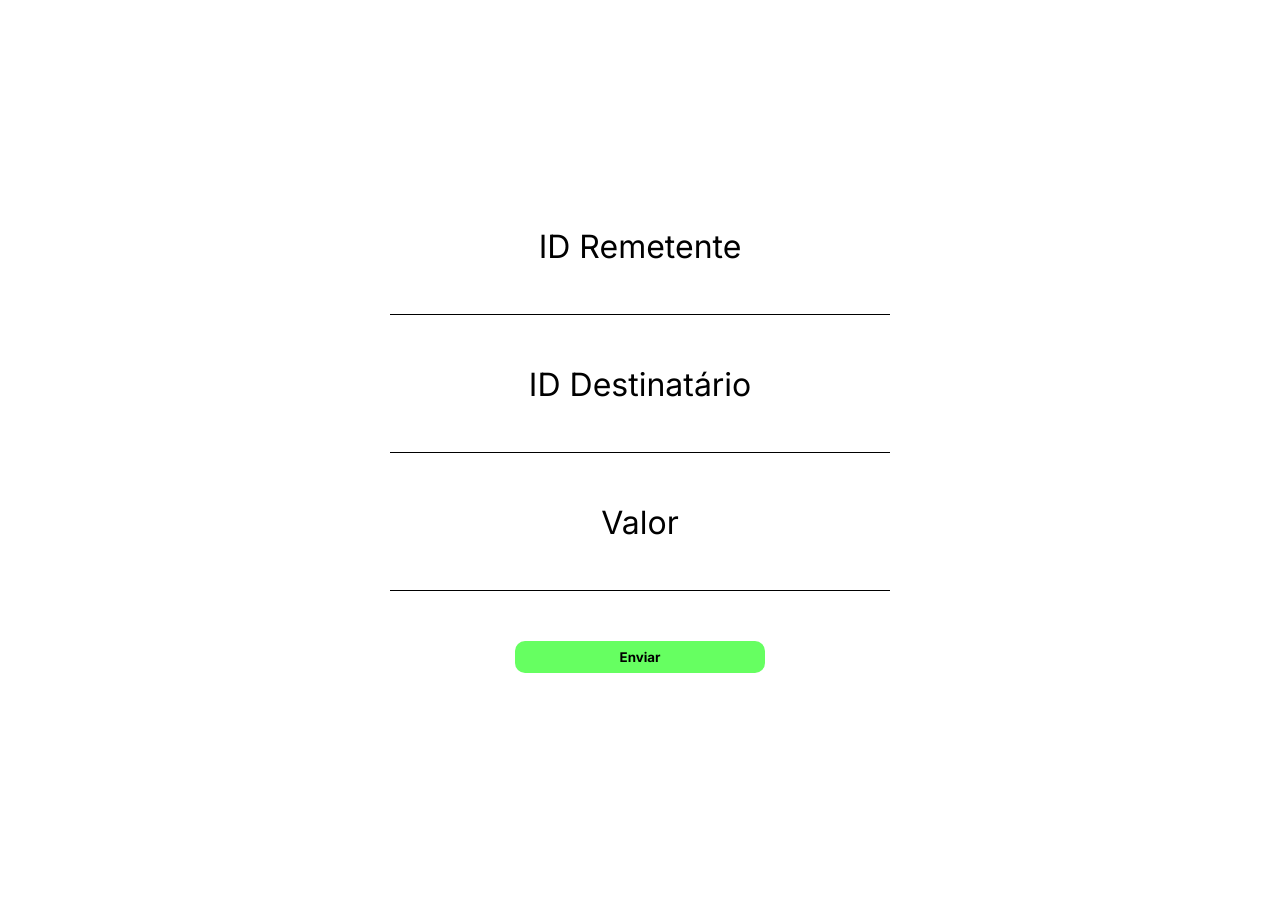
Repository: mateusilva8/tarefa-pix
Page: frontend/pix.html
These files come from the project's save history. The page is drawn as it stood at one moment and after the next save; the edit follows.
The browser window is 1280 px wide. The pictures show the whole page.

Above is the page before, as saved 2023-10-22 14:18:52.

### frontend/pix.html
<!DOCTYPE html>
<html lang="pt-BR">
<head>
  <meta charset="UTF-8">
  <meta name="viewport" content="width=device-width, initial-scale=1.0">
  <title>PIX</title>
  <link rel="preconnect" href="https://fonts.googleapis.com">
  <link rel="preconnect" href="https://fonts.gstatic.com" crossorigin>
  <link href="https://fonts.googleapis.com/css2?family=Inter:wght@400;700&display=swap" rel="stylesheet">
  <link rel="stylesheet" href="./css/pix.css">
</head>
<body>
    <div class="container">
        <div class="formulario">
            <form id="form">
                <div class="mb-3">
                  <label for="idRemetente" class="form-label">ID Remetente</label>
                  <input type="number" class="form-control" id="idRemetente">
                </div>
                <div class="mb-3">
                  <label for="idDestinatario" class="form-label">ID Destinatário</label>
                  <input type="number" class="form-control" id="idDestinatario">
                </div>
                <div class="mb-3">
                  <label for="valor" class="form-label">Valor</label>
                  <input type="number" class="form-control" id="valor">
                </div>
                <button type="button" class="btn" id="botaoEnviar">Enviar</button>
              </form>
        </div>
    </div>



  <script src="https://code.jquery.com/jquery-3.3.1.slim.min.js" integrity="sha384-q8i/X+965DzO0rT7abK41JStQIAqVgRVzpbzo5smXKp4YfRvH+8abtTE1Pi6jizo" crossorigin="anonymous"></script>
  <script src="https://cdnjs.cloudflare.com/ajax/libs/popper.js/1.14.3/umd/popper.min.js" integrity="sha384-ZMP7rVo3mIykV+2+9J3UJ46jBk0WLaUAdn689aCwoqbBJiSnjAK/l8WvCWPIPm49" crossorigin="anonymous"></script>
  <script src="./js/pix.js"></script>
</body>
</html>

### frontend/css/pix.css
body {
    margin: 0;
    padding: 0;
    font-family: 'Inter', sans-serif;
}

.container {
    display: flex;
    height: 700px;
    margin: 100px;
    justify-content: center;
    align-items: center;
}

.formulario {
    width: 100%;
    display: flex;
    flex-direction: column;
    align-items: center;
}

.formulario form {
    width: 500px;
    display: flex;
    flex-direction: column;
    align-items: center;
}

.mb-3 {
    display: flex;
    flex-direction: column;
    width: 100%;
    margin-bottom: 50px;
    font-size: 2rem;
    text-align: center;
}

input[type=number]::-webkit-inner-spin-button,
    input[type=number]::-webkit-outer-spin-button {
        -webkit-appearance: none;
        margin: 0;
    }

input {
    height: 3rem;
    margin: 0;
    padding: 0;
    border: none;
    border-bottom: 1px solid #000;
    outline: none;

    &:focus {
        border-bottom: 2px solid #00f;
    }
}

.btn {
    width: 250px;
    height: 2rem;
    font-family: 'Inter';
    font-weight: 700;
    background-color: rgb(102, 255, 97);
    border: 0;
    border-radius: 10px;
}

### frontend/js/pix.js
let idRemetente = document.getElementById('idRemetente');
let idDestinatario = document.getElementById('idDestinatario');
let valor = document.getElementById('valor')


async function realizarPix () {
    let payload = {
        senderId: idRemetente.value,
        recipientId: idDestinatario.value,
        value: valor.value,
      };

      let resposta = await fetch(`http://localhost:3000/pix-api/pix`, {
        method: 'POST',
        headers: {
            "Content-type" : 'application/json',
            "Acccept": 'appplication/json'
        },
        body: JSON.stringify(payload)
      });

      let mensagem = await resposta.json()

      if (mensagem.mensagem) {
          console.log(mensagem);
          alert(mensagem.mensagem);
      }else {
        console.log(mensagem);
        if (mensagem.error == 'The attribute "value" is required.')
        alert('Digite um valor válido');
        if (mensagem.error == 'The attribute "senderId" is required.')
        alert('Informe o ID do remetente');
        if (mensagem.error == 'The attribute "recipientId" is required.')
        alert('Informe o ID do destinatário');
      }

}

let botaoPix = document.getElementById('botaoEnviar');
  botaoPix.addEventListener('click', () => {
    realizarPix();
  })

After the next save:
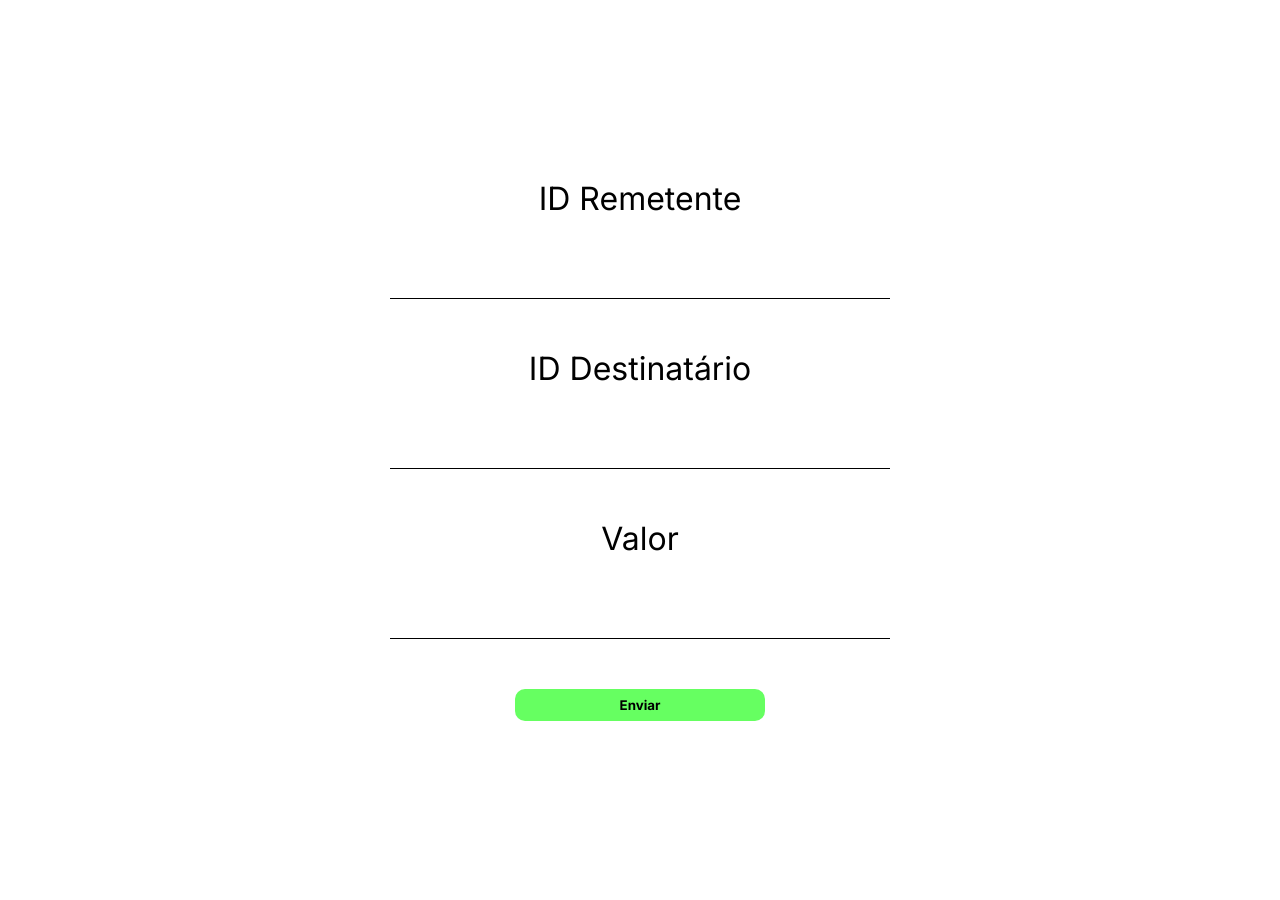
Saved 5 s later.
--- a/frontend/css/pix.css
+++ b/frontend/css/pix.css
@@ -42,7 +42,7 @@ input[type=number]::-webkit-inner-spin-button,
     }
 
 input {
-    height: 3rem;
+    height: 5rem;
     margin: 0;
     padding: 0;
     border: none;
